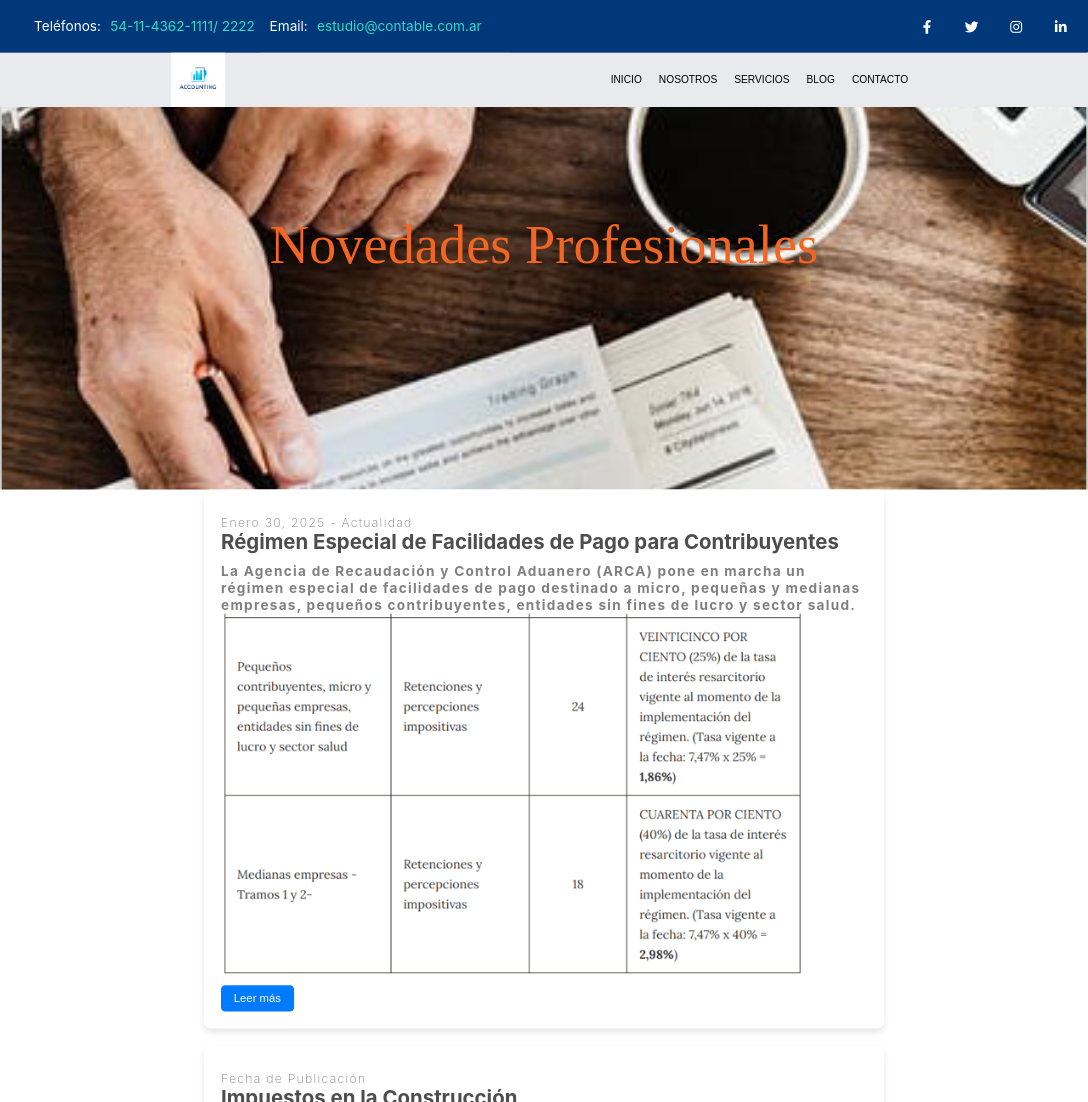
Repository: Gustavo-Leiva/estudioContable
Page: html/blog.html
The author's editor kept a copy of each file at every save. The page is drawn from the files as they stood at one save, then again after the next save.
The browser window is 1280 px wide. The pictures show the part of the page from y = 0 to 1296 px (the page is 2202 px tall before and 1932 px after), at 85% of full size.
A picture or video elsewhere on the page could not be fetched, so the positions and the page height are approximate. Some web libraries are served in a nearby version.

Above is the page before, as saved 2025-01-31 18:25:41.

### html/blog.html
<!DOCTYPE html>
<html lang="en">
<head>
    <meta charset="UTF-8">
    <meta name="viewport" content="width=device-width, initial-scale=1.0">
    <title>Blog</title>
    <script src="https://kit.fontawesome.com/363b4ef9d0.js" crossorigin="anonymous"></script>
    <link rel="stylesheet" type="text/css" href="https://cdnjs.cloudflare.com/ajax/libs/font-awesome/6.0.0/css/all.min.css">
    <link rel="stylesheet" type="text/css" href="/css/style.css">
    <script src="../js/app.js"></script>
    <script src="../js/app1.js"></script>
</head>
<body>
    <header id="home" class="header">
        <nav class="nav">
            <div class="container-all">
                <div class="container-contacto">
                    <div class="contacto">
                        <ul class="nav-contacto">
                            <li>
                                <span class="contac">Teléfonos:</span>
                                <a href="#" class="phone">54-11-4362-1111/ 2222</a>
                            </li>
                            <li>
                                <span class="contac">Email:</span>
                                <a href="#" class="email">estudio@contable.com.ar</a>
                            </li>
                        </ul>
                    </div>
                    <div class="social-links">
                        <a href="#"><i class="fab fa-facebook-f"></i></a>
                        <a href="#"><i class="fab fa-twitter"></i></a>
                        <a href="#"><i class="fab fa-instagram"></i></a>
                        <a href="#"><i class="fab fa-linkedin-in"></i></a>
                    </div>
                </div>
                <div class="nav-items">
                    <img src="../img/logo2.jpg" alt="Logo del estudio" class="imagen-logo">
                    <button id="abrir" class="abrir-menu"><i class="fas fa-bars"></i></button>
                    <div class="nav-menu" id="nav">
                        <button id="cerrar" class="cerrar-menu"><i class="fa-solid fa-xmark"></i></button>
                        <ul class="nav-list">
                            <li class="menu-item"><a href="/index.html">Inicio</a></li>
                            <li class="menu-item"><a href="/html/nosotros.html">Nosotros</a></li>
                            <li class="menu-item"><a href="/html/servicios.html">Servicios</a></li>
                            <li class="menu-item"><a href="/html/blog.html">Blog</a></li>
                            <li class="menu-item"><a href="/html/contacto.html">Contacto</a></li>
                        </ul>
                    </div>
                </div>
            </div>
        </nav>
    </header>

    <section class="imagenContenedora" id="imagenContenedora">
        <img class="contenedoraBlog" src="../img/blog.jpg" alt="Imagen de blog">
        <h1 class="leyenda">Novedades Profesionales</h1>
    </section>

    <!-- Contenedor donde se cargarán dinámicamente los artículos -->
    <section id="blog-container" class="blog-container"></section>

    <footer class="footer">
        <div class="footer-container">
            <div class="row">
                <div class="footer-col">
                    <h4 class="title">Estudio</h4>
                    <ul>
                        <li><a href="#">Inicio</a></li>
                        <li><a href="#">Nosotros</a></li>
                        <li><a href="#">Servicios</a></li>
                        <li><a href="#">Contacto</a></li>
                    </ul>
                </div>
                <div class="footer-col">
                    <h4 class="title">Servicios</h4>
                    <ul>
                        <li><a href="#">Auditoría</a></li>
                        <li><a href="#">Impuestos</a></li>
                        <li><a href="#">Laboral</a></li>
                        <li><a href="#">Societario</a></li>
                        <li><a href="#">Consultoría</a></li>
                        <li><a href="#">Outsourcing</a></li>
                    </ul>
                </div>
                <div class="footer-col">
                    <h4 class="title">Clientes</h4>
                    <ul>
                        <li><a href="#">Industrias</a></li>
                        <li><a href="#">Servicios</a></li>
                        <li><a href="#">Concesionarias automotrices</a></li>
                        <li><a href="#">Entidades Financieras</a></li>
                    </ul>
                </div>
                <div class="footer-col footer-links">
                    <h4 class="title">¡Seguinos!</h4>
                    <div class="social-links">
                        <a href="#"><i class="fab fa-facebook-f"></i></a>
                        <a href="#"><i class="fab fa-twitter"></i></a>
                        <a href="#"><i class="fab fa-instagram"></i></a>
                        <a href="#"><i class="fab fa-linkedin-in"></i></a>
                    </div>
                </div>
            </div>
        </div>
        <hr>
        <p class="derechos">&copy; 2024 Todos los derechos reservados | Creado por Gustavo Leiva</p>
    </footer>


</body>
</html>

### js/app1.js
document.addEventListener("DOMContentLoaded", function () {
    // Cargar artículos desde el archivo JSON
    fetch("../js/articulos.json")
        .then(response => response.json())  // Convertir la respuesta a JSON
        .then(data => {
            const contenedor = document.querySelector(".blog-container");  // Contenedor donde se mostrarán las tarjetas

            // Iterar sobre los artículos y crear una tarjeta para cada uno
            data.forEach(articulo => {
                const card = document.createElement("div");  // Crear un nuevo contenedor para cada artículo
                card.classList.add("blog-card");  // Añadir clase de estilo a la tarjeta

                // Insertar el contenido de cada artículo dentro de la tarjeta sin los comentarios incorrectos
                card.innerHTML = `
                    <div class="card-header">
                        <p class="date">${articulo.fecha}</p>  <!-- Fecha de publicación -->
                        <h2>${articulo.titulo}</h2>  <!-- Título del artículo -->
                    </div>
                    <div class="card-body">
                    <p class="summary">${articulo.resumen}</p>  <!-- Resumen del artículo -->
                    <p class="full-content" style="display: none;">${articulo.contenido}</p>  <!-- Contenido completo (oculto inicialmente) -->
                    <img src="${articulo.imagen}" alt="Imagen del artículo" class="article-image"/>  <!-- Imagen del artículo -->
                    <button class="read-more">Leer más</button>  <!-- Botón para mostrar/ocultar el contenido -->
                    </div>
                `;

                contenedor.appendChild(card);  // Añadir la tarjeta al contenedor de artículos
            });

            // Llamar a la función para activar los botones "Leer más"
            inicializarBotones();
        })
        .catch(error => console.error("Error cargando los artículos:", error));  // Manejo de errores

        function inicializarBotones() {
            const botones = document.querySelectorAll('.read-more');

            botones.forEach(button => {
                button.addEventListener('click', function() {
                    const contenido = this.previousElementSibling;  // Obtener el contenido completo
                    if (contenido.style.display === "none") {
                        contenido.style.display = "block";  // Mostrar contenido
                        this.textContent = "Leer menos";  // Cambiar el texto del botón
                    } else {
                        contenido.style.display = "none";  // Ocultar contenido
                        this.textContent = "Leer más";  // Cambiar el texto del botón
                    }
                });
            });
        }
});

Loaded but not shown: js/articulos.json (16 lines, source omitted); js/app.js (25 lines, source omitted); css/style.css (1295 lines, source omitted)

After the next save:
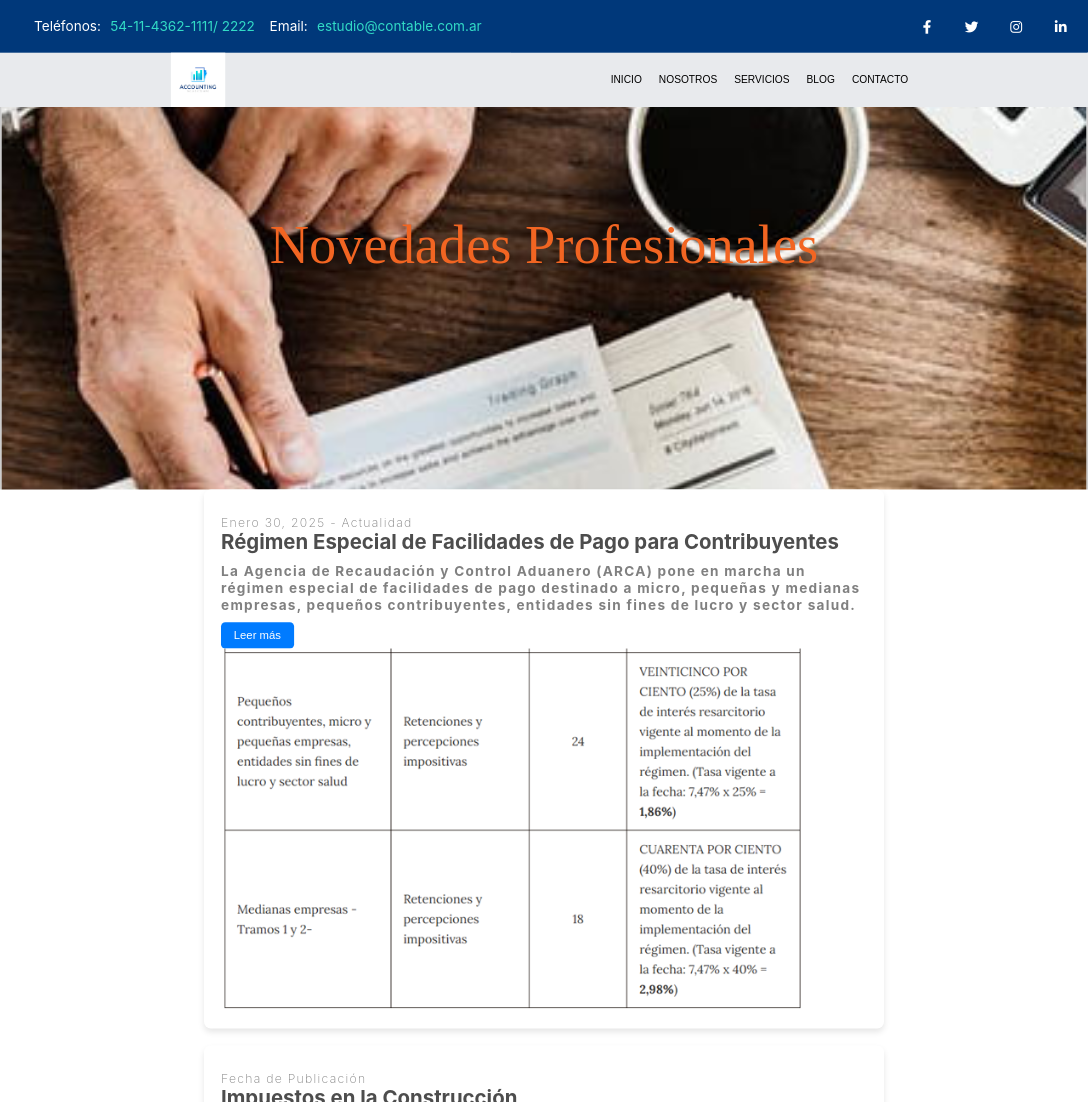
Saved 99 s later.
--- a/js/app1.js
+++ b/js/app1.js
@@ -10,19 +10,26 @@ document.addEventListener("DOMContentLoaded", function () {
                 const card = document.createElement("div");  // Crear un nuevo contenedor para cada artículo
                 card.classList.add("blog-card");  // Añadir clase de estilo a la tarjeta
 
-                // Insertar el contenido de cada artículo dentro de la tarjeta sin los comentarios incorrectos
-                card.innerHTML = `
+                // Crear el contenido del artículo
+                let cardContent = `
                     <div class="card-header">
                         <p class="date">${articulo.fecha}</p>  <!-- Fecha de publicación -->
                         <h2>${articulo.titulo}</h2>  <!-- Título del artículo -->
                     </div>
                     <div class="card-body">
-                    <p class="summary">${articulo.resumen}</p>  <!-- Resumen del artículo -->
-                    <p class="full-content" style="display: none;">${articulo.contenido}</p>  <!-- Contenido completo (oculto inicialmente) -->
-                    <img src="${articulo.imagen}" alt="Imagen del artículo" class="article-image"/>  <!-- Imagen del artículo -->
-                    <button class="read-more">Leer más</button>  <!-- Botón para mostrar/ocultar el contenido -->
+                        <p class="summary">${articulo.resumen}</p>  <!-- Resumen del artículo -->
+                        <p class="full-content" style="display: none;">${articulo.contenido}</p>  <!-- Contenido completo (oculto inicialmente) -->
+                        <button class="read-more">Leer más</button>  <!-- Botón para mostrar/ocultar el contenido -->
                     </div>
                 `;
+
+                // Verificar si hay una imagen para el artículo
+                if (articulo.imagen) {
+                    cardContent += `<img src="${articulo.imagen}" alt="Imagen del artículo" class="article-image"/>`;  // Solo agregar la imagen si existe
+                }
+
+                // Insertar el contenido en la tarjeta
+                card.innerHTML = cardContent;
 
                 contenedor.appendChild(card);  // Añadir la tarjeta al contenedor de artículos
             });
